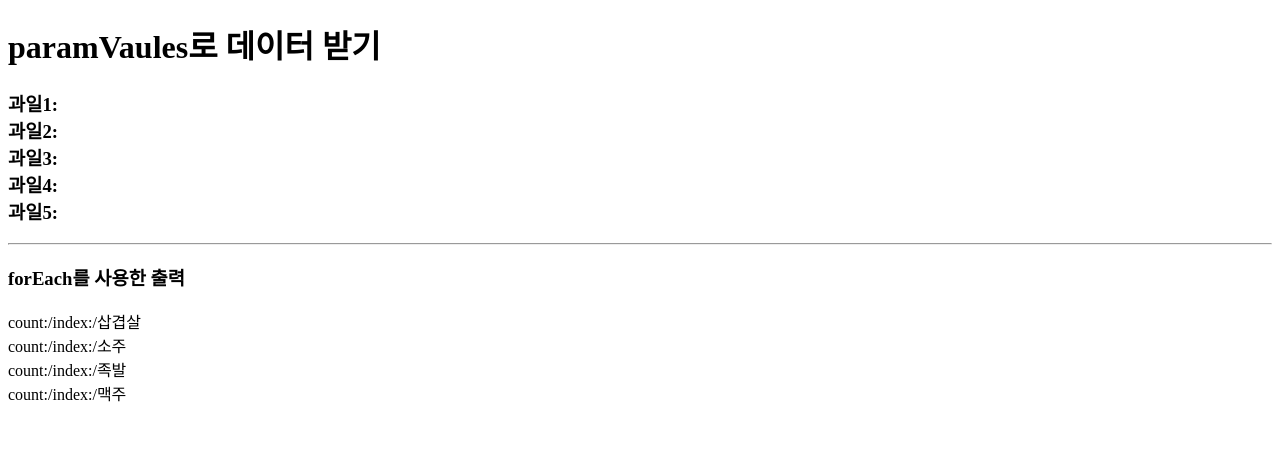
Repository: hwimi/2024-04-12
Page: http://localhost/jstl_study/step-5.jsp
An editor plug-in stored every save of this project. The page is shown before and after the next save, followed by the edit.
The browser window is 1280 px wide. The pictures show the whole page.
The page is served by Tomcat 9.

Above is the page before, as saved 2024-04-11 04:11:24.

After the next save:
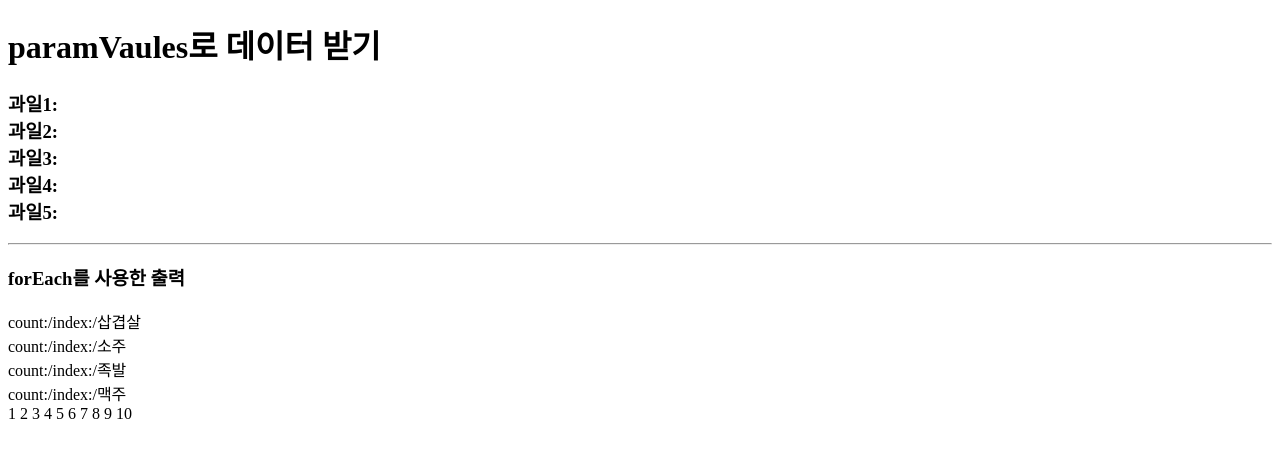
Saved 5 s later.
--- a/jstl_study/src/main/webapp/step-5.jsp
+++ b/jstl_study/src/main/webapp/step-5.jsp
@@ -40,7 +40,7 @@
     </c:forEach>
     <!-- begin="시작숫자" end="10" var="i" -->
     <c:forEach begin="1" end="10" var="i">
-
+    ${i }
     </c:forEach>
 </body>
 </html>
